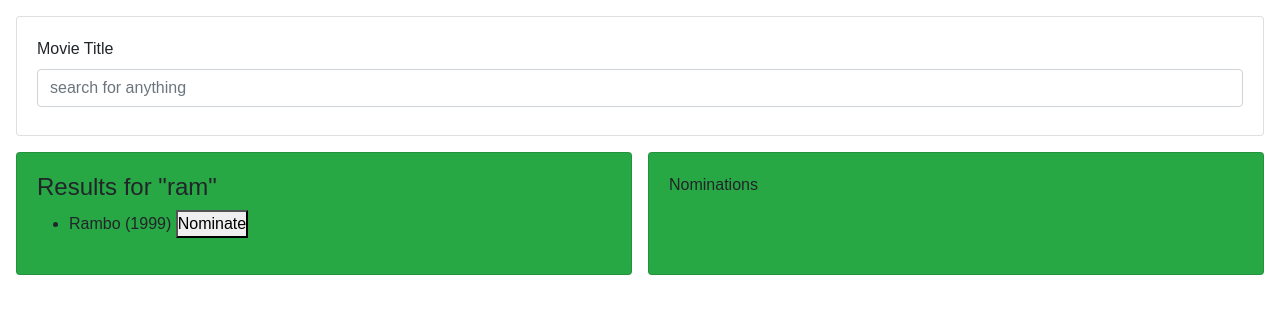
Repository: akinsikuoluwafemi/shoppies-movie-collection
Page: /
The author's editor kept a copy of each file at every save. The page is drawn from the files as they stood at one save, then again after the next save.
The browser window is 1280 px wide. The pictures show the whole page.
The project was rebuilt for these pictures with package versions that can differ from the ones it lists, and the page was loaded fresh each time. Also part of the build but not shown: src/App.css.

Above is the page before, as saved 2021-01-10 09:10:43.

### public/index.html
<!DOCTYPE html>
<html lang="en">
  <head>
    <meta charset="utf-8" />
    <link rel="icon" href="%PUBLIC_URL%/huge.png" />
    <meta name="viewport" content="width=device-width, initial-scale=1" />
    <meta name="theme-color" content="#000000" />
    <meta
      name="description"
      content="Web site created using create-react-app"
    />
    <link rel="apple-touch-icon" href="%PUBLIC_URL%/logo192.png" />


    <link rel="stylesheet" href="https://stackpath.bootstrapcdn.com/bootstrap/4.4.1/css/bootstrap.min.css"
      integrity="sha384-Vkoo8x4CGsO3+Hhxv8T/Q5PaXtkKtu6ug5TOeNV6gBiFeWPGFN9MuhOf23Q9Ifjh" crossorigin="anonymous">
    <!--
      manifest.json provides metadata used when your web app is installed on a
      user's mobile device or desktop. See https://developers.google.com/web/fundamentals/web-app-manifest/
    -->
    <link rel="manifest" href="%PUBLIC_URL%/manifest.json" />
    <!--
      Notice the use of %PUBLIC_URL% in the tags above.
      It will be replaced with the URL of the `public` folder during the build.
      Only files inside the `public` folder can be referenced from the HTML.

      Unlike "/favicon.ico" or "favicon.ico", "%PUBLIC_URL%/favicon.ico" will
      work correctly both with client-side routing and a non-root public URL.
      Learn how to configure a non-root public URL by running `npm run build`.
    -->
    <title>Shoppies Movie Collection</title>
  </head>
  <body>
    <noscript>You need to enable JavaScript to run this app.</noscript>
    <div id="root"></div>
    <!--
      This HTML file is a template.
      If you open it directly in the browser, you will see an empty page.

      You can add webfonts, meta tags, or analytics to this file.
      The build step will place the bundled scripts into the <body> tag.

      To begin the development, run `npm start` or `yarn start`.
      To create a production bundle, use `npm run build` or `yarn build`.
    -->
    <script
  src="https://code.jquery.com/jquery-3.3.1.slim.min.js"
  integrity="sha384-q8i/X+965DzO0rT7abK41JStQIAqVgRVzpbzo5smXKp4YfRvH+8abtTE1Pi6jizo"
  crossorigin="anonymous"
></script>
<script
  src="https://cdnjs.cloudflare.com/ajax/libs/popper.js/1.14.7/umd/popper.min.js"
  integrity="sha384-UO2eT0CpHqdSJQ6hJty5KVphtPhzWj9WO1clHTMGa3JDZwrnQq4sF86dIHNDz0W1"
  crossorigin="anonymous"
></script>
<script
  src="https://stackpath.bootstrapcdn.com/bootstrap/4.3.1/js/bootstrap.min.js"
  integrity="sha384-JjSmVgyd0p3pXB1rRibZUAYoIIy6OrQ6VrjIEaFf/nJGzIxFDsf4x0xIM+B07jRM"
  crossorigin="anonymous"
></script>

  </body>
</html>

### src/index.css

* {
    margin: 0;
    padding: 0;
    box-sizing: border-box;
    font-family: 'Poppins', sans-serif;

}

body {
  margin: 0;
  font-family: -apple-system, BlinkMacSystemFont, 'Segoe UI', 'Roboto', 'Oxygen',
    'Ubuntu', 'Cantarell', 'Fira Sans', 'Droid Sans', 'Helvetica Neue',
    sans-serif;
  -webkit-font-smoothing: antialiased;
  -moz-osx-font-smoothing: grayscale;
}

code {
  font-family: source-code-pro, Menlo, Monaco, Consolas, 'Courier New',
    monospace;
}

### src/App.js
import './App.css';
import Home from './Pages/Home';


function App() {
  return (
    <Home/>
  );
}

export default App;

### src/Pages/Home.js
import React from 'react';
import SearchBar from '../components/SearchBar';
import SearchResults from '../components/SearchResults';
import Nominations from '../components/Nominations';
import './Home.css';



export default function Home() {
    return (
      <div className="home-wrapper">
        <div className="home-wrapper_search">
          <SearchBar />
        </div>
        <div className=" search-wrapper">
          <SearchResults />
          <Nominations />
        </div>
      </div>
    );
}

### src/components/SearchBar.js
import React from 'react'

// http://www.omdbapi.com/?i=tt3896198&apikey=2a3aa076

export default function SearchBar() {
    return (
      <div class="card w-100">
            <div class="card-body">
                <div class="mb-2">
                    <label for="movie" class="form-label">Movie Title</label>
                    <input type="search" class="form-control" placeholder="search for anything"/>
                </div>
            </div>
      </div>
    );
}

### src/components/SearchResults.js
import React from 'react';
import CardWrapper from './CardWrapper';
import '../Pages/Home.css';


export default function SearchResults() {
    return (
        <CardWrapper>
            <h4>Results for "ram"</h4>
            <ul className="list">
                <li className="list-item" >Rambo (1999) <button>Nominate</button></li>
            </ul>
      </CardWrapper>
    );
}

### src/components/Nominations.js
import React from 'react';
import CardWrapper from './CardWrapper';


export default function Nominations() {
    return <CardWrapper>Nominations</CardWrapper>;
}

### src/Pages/Home.css
.home-wrapper {
    padding: 1rem;
}

.search-wrapper {
    /* background: pink; */
    width: 100%;
    /* padding-top: 2rem; */
    display: grid;
    grid-template-rows: repeat(2,1fr);
    grid-template-columns: repeat(auto-fit, minmax(200px, 1fr));
    grid-gap: 1rem;
}
.home-wrapper_search {
    /* margin: .5rem; */
    padding-bottom: 1rem;

}

.list > li {
    margin-left: 2rem!important;
}

### src/components/CardWrapper.js
import React from 'react'

export default function CardWrapper({children}) {
    return (
      <div className="card w-100 bg-success">
            <div className="card-body">{ children}</div>
      </div>
    );
}

Loaded but not shown: src/index.js (common file); src/reportWebVitals.js (common file)

After the next save:
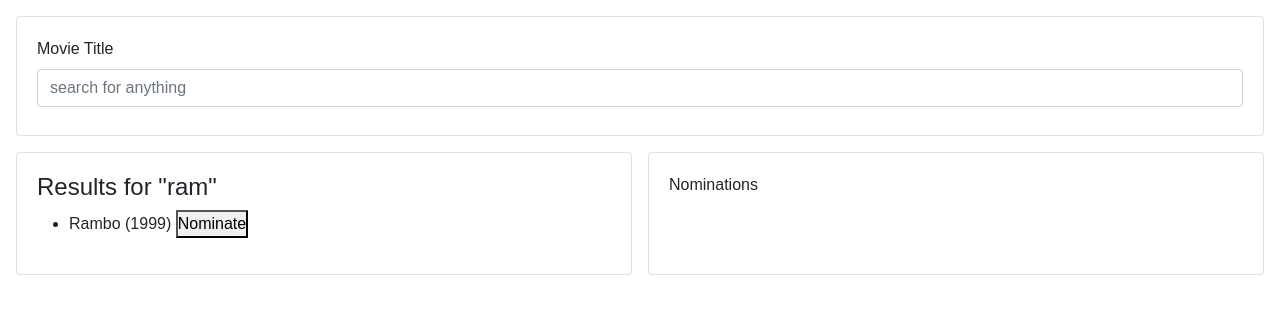
Saved 85 s later.
--- a/src/components/CardWrapper.js
+++ b/src/components/CardWrapper.js
@@ -2,7 +2,7 @@ import React from 'react'
 
 export default function CardWrapper({children}) {
     return (
-      <div className="card w-100 bg-success">
+      <div className="card w-100">
             <div className="card-body">{ children}</div>
       </div>
     );
